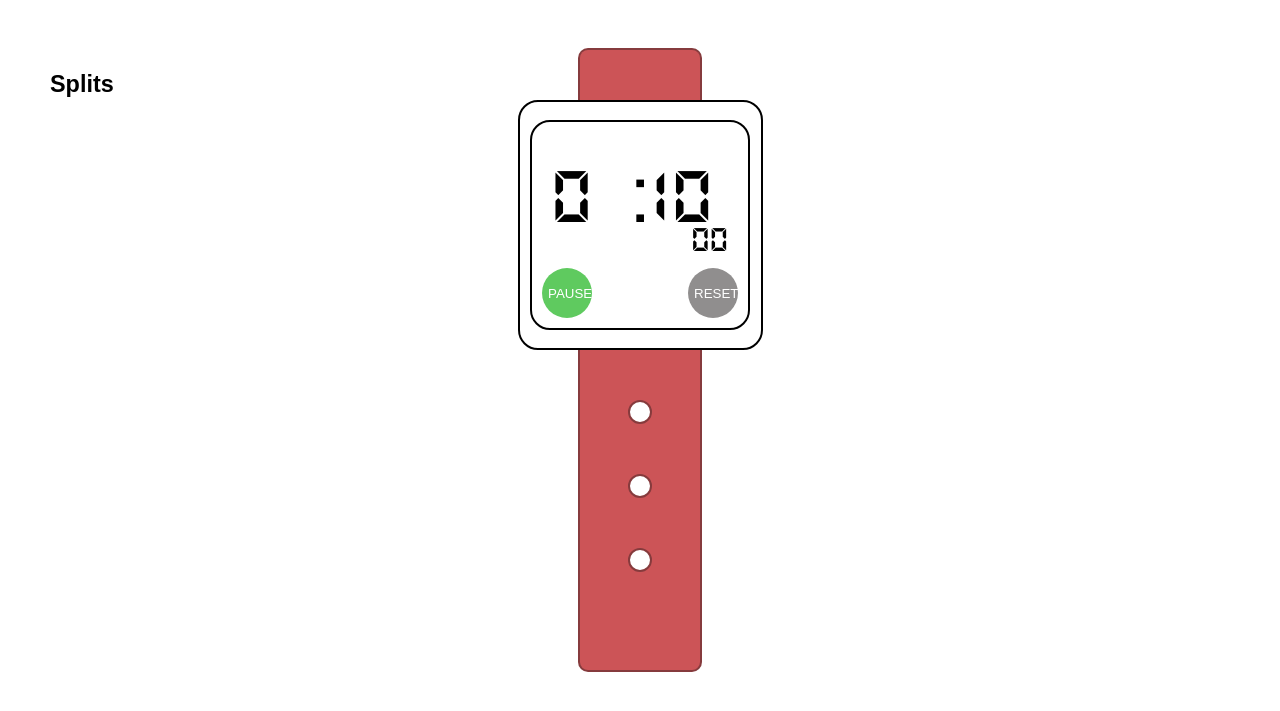
Repository: konstantin0s/lab-chronometer
Page: index.html
An editor plug-in stored every save of this project. The page is shown before and after the next save, followed by the edit.
The browser window is 1280 px wide. The pictures show the whole page.
After loading, the first visible `#btnLeft` was clicked once.

Above is the page before, as saved 2019-02-05 12:17:38.

### index.html
<!DOCTYPE html>
<html lang="en">
<head>
  <meta charset="UTF-8">
  <meta name="viewport" content="width=device-width, initial-scale=1.0">
  <meta http-equiv="X-UA-Compatible" content="ie=edge">
  <title>Chronometer</title>
  <link rel="stylesheet" href="stylesheets/styles.css">
</head>
<body>

  <section id="splits-container">
    <h3>Splits</h3>
    <ol id="splits">
    </ol>
  </section>

  <div class="leash leash-top"></div>

  <section id="clock">
    <div id="sphere">
      <span id="minDec" class="number">0</span><span id="minUni" class="number"></span><span>:</span><span id="secDec" class="number">0</span><span id="secUni" class="number"></span>

      <div id="milliseconds">
        <span id="milDec">0</span><span id="milUni">0</span>
      </div>

      <button id="btnLeft" class="btn start">START</button> <button id="btnRight" class="btn reset">RESET</button>
    </div>
  </section>

  <div class="leash leash-bottom">
    <div class="hole"></div>
    <div class="hole"></div>
    <div class="hole"></div>
  </div>


  <!-- <script src="javascripts/utils.js"></script>
  <script src="javascripts/chronometer.js"></script>
  <script src="javascripts/main.js"></script> -->
  <script src="javascript/chronometer.js"></script>
  <script src="javascript/main.js"></script>
</body>
</html>

### stylesheets/styles.css
@font-face {
  font-family: "Digi";
  src: url("fonts/ds-digib.ttf");
}

body {
  font-family: Arial;
  font-size: 80px;
  font-weight: bold;
  padding: 40px 0;
}

#clock {
  border: 2px solid #000;
  border-radius: 20px;
  box-sizing: border-box;
  height: 250px;
  margin: 0 auto;
  padding: 18px 0;
  width: 245px;
}

#sphere {
  border: 2px solid #000;
  border-radius: 20px;
  box-sizing: border-box;
  font-family: "Digi";
  font-size: 80px;
  height: 210px;
  margin: 0 auto;
  padding: 35px 0;
  position: relative;
  text-align: center;
  width: 220px;
}

#splits-container {
  font-size: 20px;
  font-weight: 100;
  position: absolute;
  left: 50px;
}

#splits-container li {
  padding-bottom: 5px;
  text-align: right;
}

#milliseconds {
  font-size: 36px;
  margin-top: -15px;
  position: absolute;
  right: 20px;
}

.leash {
  background: rgb(204, 84, 87);
  border: 2px solid rgb(134, 59, 61);
  height: 50px;
  margin: 0 auto;
  width: 120px;
}

.leash-top {
  border-bottom: 0;
  border-top-left-radius: 10px;
  border-top-right-radius: 10px;
}

.leash-bottom {
  border-bottom-left-radius: 10px;
  border-bottom-right-radius: 10px;
  border-top: 0;
  height: 270px;
  padding-top: 50px;
}

.hole {
  background: #fff;
  border: 2px solid rgb(134, 59, 61);
  border-radius: 100%;
  height: 20px;
  margin: 0 auto 50px;
  width: 20px;
}

.number {
  display: inline-block;
  width: 40px;
}

.btn {
  border: 0;
  border-radius: 100%;
  bottom: 10px;
  color: #fff;
  cursor: pointer;
  height: 50px;
  outline: 0;
  position: absolute;
  width: 50px;
}

.btn.start,
.btn.stop {
  left: 10px;
}

.btn.reset,
.btn.split {
  right: 10px;
}

.btn.start { background: #5fca5f; }
.btn.stop  { background: #f14949; }
.btn.reset { background: #908e8e; }
.btn.split { background: #0851ab; }

### javascript/chronometer.js

// var time = 0;
// var running = 0;

// function startPause() {
//   if (running == 0) {
//     running = 1;
//     increment();
//     document.getElementById("startPause").innerHTML = "Pause";
//   } else {
//     running = 0;
//     document.getElementById("startPause").innerHTML = "Resume";
//   }
// }

// function reset() {
//   running = 0;
//   time = 0;
//   document.getElementById("startPause").innerHTML = "Start";
// }

// function increment() {
//   if (running == 1) {
//    setTimeout(function() {
//     time++;
//     var seconds = Math.floor(time/10/60);
//     var minutes = Math.floor(time/10/60);
//      var tenth = time % 10;
//      if (minutes < 10); {
//        minutes = "0" + minutes;
//      }  if (seconds < 10);
//     seconds = "0" + seconds;
//     increment();
//   document.getElementById("output").innerHTML = minutes + ":" + seconds + ":" + "0" + tenth;

//    }, 100);
//   }
//   }

// function startPause() {
//   if (running == 0) {
//     running = 1;
//     increment();
//     document.getElementById("startPause").innerHTML = "Pause";
//   } else {
//     running = 0;
//     document.getElementById("startPause").innerHTML = "Resume";
//   }
// }


// function timer() {
//   currentTime = setTimeout(start, 1000);
// }
// timer();

// function start() {
//   seconds++;
//   if (seconds >= 60) {
//     seconds = 0;
//     minutes++;
//     if (minutes >= 20) {
//         minutes = 0;
//     }
//   }
// }


// // Constructor
// function Chronometer() {

// this.currentTime = 0;
// this.intervalId = 0;

// }

// // The setInterval will be assigned to our intervalId property,
// //  this way we will be able to clear it later on.

// Chronometer.prototype.startClick = function () {
//     this.startClick = function() {
//     // var seconds = 0;
//     intervalId = setInterval(function(){
//     currentTime++; }, 1000);

//      }

    //  var myChronometer = {
    //    seconds: 0,
    //    minuts: 0,
    //    intervalId: 0,
    //    startClick: function() {
    //          this.intervalId = setInterval(function() {
    //            this.seconds++;
    //          }.bind(this),1000);
    //    },
    //    setMinutes: function() {
    //      this.seconds++
    //    },

    //  }

    // console.log(seconds);
// };

// Chronometer.prototype.setMinutes = function () {

// };

// Chronometer.prototype.setSeconds = function () {

// };

// Chronometer.prototype.twoDigitsNumber = function () {

// };

// Chronometer.prototype.setTime = function () {

// };

// Chronometer.prototype.setMilliseconds = function () {

// };

// Chronometer.prototype.stopClick = function () {

// };

// Chronometer.prototype.resetClick = function () {

// };

// Chronometer.prototype.splitClick = function () {

// };

### javascript/main.js
// var chronometer = new Chronometer();
var btnLeft     = document.getElementById('btnLeft');
var btnRight    = document.getElementById('btnRight');
var minDec      = document.getElementById('minDec');
var minUni      = document.getElementById('minUni');
var secDec      = document.getElementById('secDec');
var secUni      = document.getElementById('secUni');
var milDec      = document.getElementById('milDec');
var milUni      = document.getElementById('milUni');

var currentTime = 0;
var intervalId = 0;  //0stop; 1 running.
var seconds= 0;
var minutes = 0;
// var minutes = Math.floor((minutes % (1000 * 60 * 60)) / (1000 * 60));
// var seconds = Math.floor((seconds % (1000 * 60)) / 1000);

// function start() {
//   status = 1;
//   timer();
// }

// function stop() {
//   currentTime++

//   if (currentTime / 60 == 1) {
//     // setInterval(function() {

//     // })
//      currentTime = 0;
//      milUni.innerHTML = currentTime++;
//      if (milDec / 60 == 1) {
//       currentTime = 0;
//       milDec.innerHTML = currentTime++;
//      }
//      if (secUni / 60 == 1) {
//       currentTime = 0;
//       secUni.innerHTML = currentTime++;
//      } if (secDec / 60 == 1) {
//       currentTime = 0;
//       secDec.innerHTML = currentTime++;
//      } if (minUni / 60 == 1) {
//       currentTime = 0;
//       minUni.innerHTML = currentTime++;
//      } if (minDec / 60 == 1) {
//       currentTime = 0;
//       minDec.innerHTML = currentTime++;
//      }
//   }
//   //
// }

// window.setInterval(stop, 1000);

// function reset() {
// status = 0;
// intervalId = 0;
// }

// function timer() {
//   if (status == 1) {
//     var intervalId = setInterval(function() {
//       currentTime++;
//       minDec =  Math.floor(intervalId/100/60);
//       secDec =  Math.floor(intervalId/100);
//       milDec = intervalId % 100;

//        if (minDec < 10) {
//         minDec = "0" + minDec;
//        }
//        if (secDec >= 60) {
//         secDec = secDec % 60;
//        }
//        if(secDec < 10) {
//         secDec = "0" + secDec;
//        }

//        minDec.innerHTML = minDec;
//        secDec.innerHTML = secDec;
//        milDec.innerHTML = milDec;

//     }, 10)
//   }
// }

// function stopwatch() {

// }
// Add event listeners to both buttons
// start.addEventListener("click", function(command) {
//   if (command === "START") {
//     btnLeft.innerHTML = "PAUSE";
//   } else {
//     btnLeft.innerHTML = "START";
//   }
// }



// });

// stop.addEventListener("click", function() {

// });

// var start =  document.getElementById('btnLeft').value;
// console.log(start);

function twoDigits(number) {
  if (number < 10) {
    return number + "0";
  }
  return number;
}

var intervalRef = null;

 btnLeft.addEventListener("click", function(event) {
   event.preventDefault();
      if (intervalId == 0) { //start if pause
         intervalRef = setInterval(function() {
         intervalId = 1;
         seconds++;
         secDec.innerText = twoDigits(seconds);
         btnLeft.innerHTML = "PAUSE";
      if (seconds === 60) {
         seconds = 0;
         minutes++;
         minDec.innerText = twoDigits(minutes);
      console.log("This is: " + intervalRef);

        secDec.innerText = "0" + seconds;

     if (minDec === 60) {
         minutes = 0;
         }
      }

    }, 1000);
  }  else { //pause if started
       clearInterval(intervalRef);  //pause chronometer
       btnLeft.innerHTML = "START";
       intervalId = 0; // continue chronometer from it's pause point.
  }
});

btnRight.addEventListener("click", function() {
  reset();
});

function reset() {
    clearInterval(intervalRef);
    intervalId = 0;
    seconds = 0;
    minutes = 0;
    console.log("This is from reset: " + intervalRef);
    btnLeft.innerHTML = "START";
    secDec.innerText = seconds;
    minDec.innerText = minutes;
}





// function printTime() {

// }

// function printMinutes() {

// }

// function printSeconds() {

// }

// function printMilliseconds() {

// }

// function printSplit() {

// }

// function clearSplits() {

// }

// function setStopBtn() {

// }

// function setSplitBtn() {

// }

// function setStartBtn() {

// }

// function setResetBtn() {

// }

// // Start/Stop Button
// btnLeft.addEventListener('click', function () {

// });

// // Reset/Split Button
// btnRight.addEventListener('click', function () {

// });

After the next save:
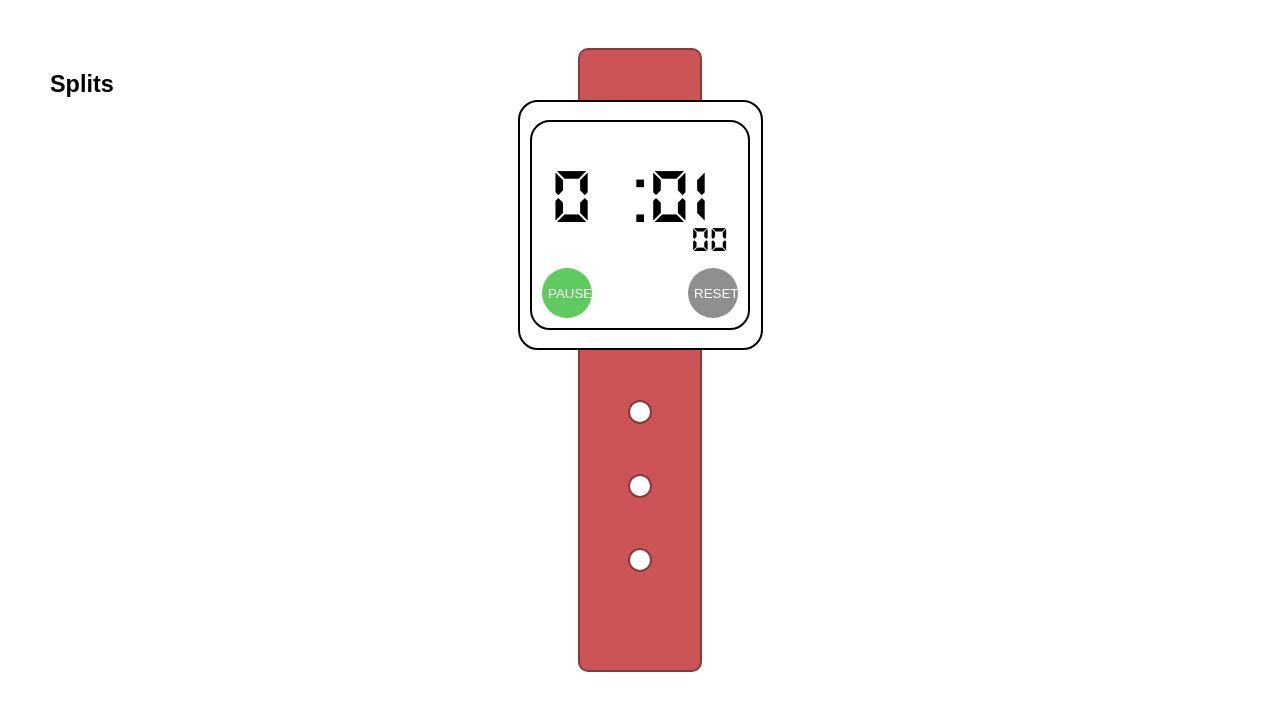
Saved 103 s later.
--- a/javascript/main.js
+++ b/javascript/main.js
@@ -108,7 +108,7 @@ var minutes = 0;
 
 function twoDigits(number) {
   if (number < 10) {
-    return number + "0";
+    return "0" + number;
   }
   return number;
 }
